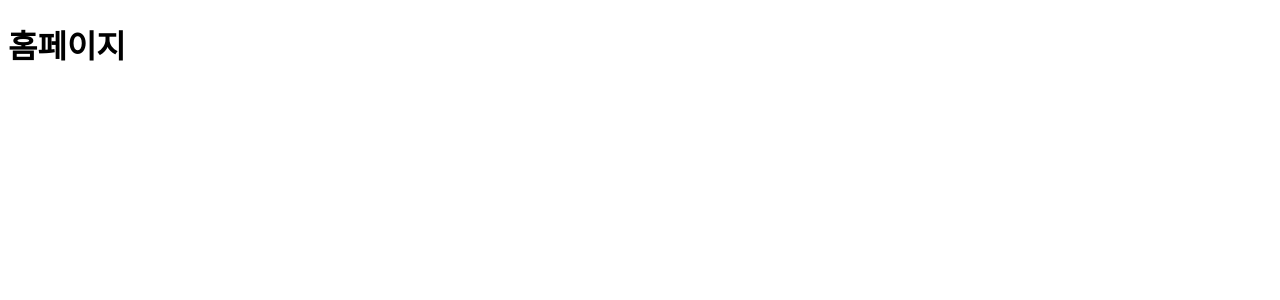
Repository: Cheol-Cheol/KOSA
Page: Kcc_web/Html/WebContent/form.html
An editor plug-in stored every save of this project. The page is shown before and after the next save, followed by the edit.
The browser window is 1280 px wide. The pictures show the whole page.

Above is the page before, as saved 2024-07-08 05:45:09.

After the next save:
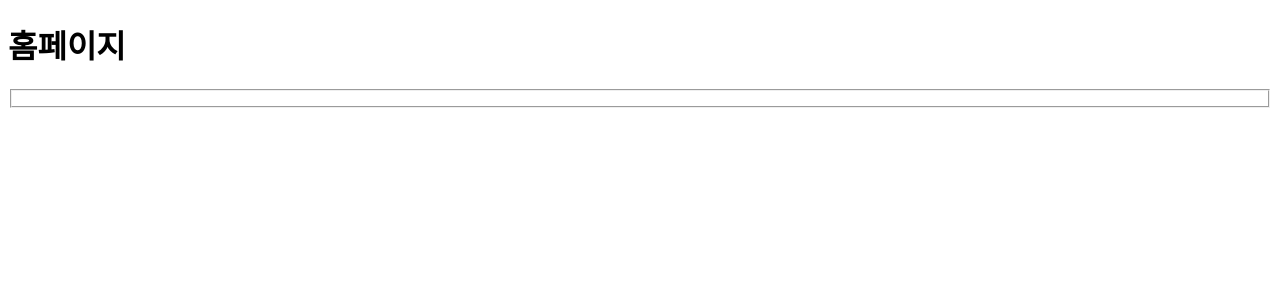
Saved 72 s later.
--- a/Kcc_web/Html/WebContent/form.html
+++ b/Kcc_web/Html/WebContent/form.html
@@ -6,6 +6,8 @@
 </head>
 <body>
 	<h1>홈페이지</h1>
-	<form action="서버URL" method="get/post"></form>
+	<form action="서버URL" method="get/post">
+		<fieldset></fieldset>
+	</form>
 </body>
 </html>
